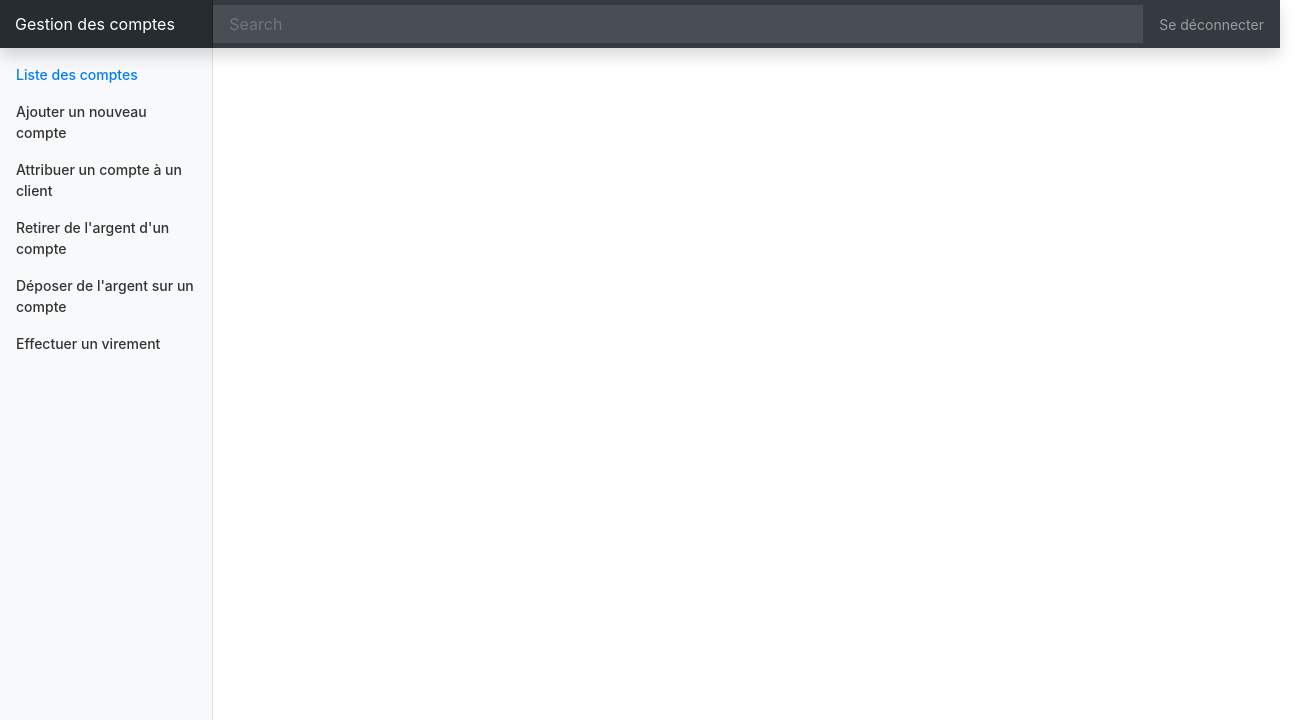
Repository: liiiseee/Projet
Page: http://localhost/02_projet_gestion_clients_compte/menu-comptes.jsp
These files come from the project's save history. The page is drawn as it stood at one moment and after the next save; the edit follows.
The browser window is 1280 px wide. The page is 1295 px wide, so the pictures cover 1295 px, including what lies to the right of the window. The pictures show the whole page.
The page is served by Tomcat 9. Other server files are loaded and not shown. The template is opened directly, without the code that normally fills it, so the values that code supplies are empty.

Above is the page before, as saved 2020-03-30 14:48:22.

### 02_projet_gestion_clients_compte/WebContent/menu-comptes.jsp
<%@ page language="java" contentType="text/html; charset=ISO-8859-1"
    pageEncoding="ISO-8859-1"%>

<%@ taglib uri="http://java.sun.com/jsp/jstl/core" prefix="c"%>
<!DOCTYPE html>
<html>
<head>
<meta charset="ISO-8859-1">
<title>liste comptes</title>
<link href="assets/styles/bootstrap.min.css" rel="stylesheet" >

 <style>
      .bd-placeholder-img {
        font-size: 1.125rem;
        text-anchor: middle;
        -webkit-user-select: none;
        -moz-user-select: none;
        -ms-user-select: none;
        user-select: none;
      }

      @media (min-width: 768px) {
        .bd-placeholder-img-lg {
          font-size: 3.5rem;
        }
      }
    </style>
    <!-- Custom styles for this template -->
    <link href="assets/styles/dashboard.css" rel="stylesheet">
</head>
<body>

    <nav class="navbar navbar-dark fixed-top bg-dark flex-md-nowrap p-0 shadow">
  <a class="navbar-brand col-sm-3 col-md-2 mr-0" href="#">Gestion des comptes</a>
  <input class="form-control form-control-dark w-100" type="text" placeholder="Search" aria-label="Search">
  <ul class="navbar-nav px-3">
    <li class="nav-item text-nowrap">
      <a class="nav-link" href="authentification-servlet?destroy=true">Se déconnecter</a>
    </li>
  </ul>
</nav>

<div class="container-fluid">
  <div class="row">
    <nav class="col-md-2 d-none d-md-block bg-light sidebar">
      <div class="sidebar-sticky">
        <ul class="nav flex-column">
          <li class="nav-item">
            <a class="nav-link active" href="#">
              <span data-feather="home"></span>
              Liste des comptes <span class="sr-only">(current)</span>
            </a>
          </li>
          <li class="nav-item">
            <a class="nav-link" href="ajout-compte.jsp">
              <span data-feather="file"></span>
              Ajouter un nouveau compte
            </a>
          </li>
          <li class="nav-item">
            <a class="nav-link" href="attribuer-compte.jsp">
              <span data-feather="file"></span>
              Attribuer un compte à un client
            </a>
          </li>
         <li class="nav-item">
          <input type="hidden" name="action" value="liste"/>
            <a class="nav-link" href="menu-retrait.jsp">
              <span data-feather="shopping-cart"></span>
              Retirer de l'argent d'un compte
            </a>
          </li>

          <li class="nav-item">
          <input type="hidden" name="action" value="dep"/>
            <a class="nav-link" href="menu-depot.jsp">
              <span data-feather="users"></span>
             Déposer de l'argent sur un compte
            </a>
          </li>
          <li class="nav-item">
            <a class="nav-link" href="#">
              <span data-feather="bar-chart-2"></span>
              Effectuer un virement
            </a>
          </li>
          </ul>



      </div>
    </nav>
    </div>
    </div>





   <h2>Liste des comptes</h2>
   <div class="row">
     <div class="table-responsive" style="width: 100px;">
       <table class="table table-striped table-sm">




          <thead style="width:70%;">
            <tr>
              	<th style="width:10%;">ID</th>
              	<th style="width:10%;">Id du client</th>
	 			<th style="width:10px;">Solde</th>
	 			<th style="width:10%;">type de compte</th>
	 			<th style="width:10px;">Taux</th>
	 			<th style="width:10%;">Découvert Autorisé</th>
	 			<th style="width:10px;">Modifier</th>
	 			<th style="width:10px;">Supprimer</th>
	 			<th style="width:10px;">Depot</th>
	 			<th style="width:10px;">Retrait</th>
	 			<th style="width:10px;">Virement</th>

            </tr>
          </thead>
          <tbody>
            <c:forEach items="${liste_comptes}" var="compte">
	 			<tr>

	 				<td>${compte.idCompte }</td>
	 				<td> ${compte.clientID } </td>
	 				<td> ${compte.solde } </td>
	 				<td> ${compte.typeCompte } </td>
	 				<td> ${compte.taux } </td>
	 				<td> ${compte.decouvert } </td>
	 				<td>
	 					<a href="gestion-compte-servlet?action=modif&id-compte=${compte.idCompte}">modifier</a>
	 				</td>


	 				<td>
	 					<a href="gestion-compte-servlet?action=supp&id-compte=${compte.idCompte}">supprimer</a>
	 				</td>

	 				<td>
	 					<a href="gestion-compte-servlet?action=depot&id-compte=${compte.idCompte}">depot</a>
	 				</td>

	 				<td>
	 					<a href="gestion-compte-servlet?action=retrait&id-compte=${compte.idCompte}">retrait</a>
	 				</td>
	 				<td>
	 					<a href="gestion-compte-servlet?action=virement&id-compte=${compte.idCompte}">virement</a>
	 				</td>




	 				</tr>

            </c:forEach>


          </tbody>

        </table>

            </div>
        </div>



</body>
</html>

### 02_projet_gestion_clients_compte/WebContent/assets/styles/dashboard.css
@charset "ISO-8859-1";

body {
  font-size: .875rem;
}

.feather {
  width: 16px;
  height: 16px;
  vertical-align: text-bottom;
}

/*
 * Sidebar
 */

.sidebar {
  position: fixed;
  top: 0;
  bottom: 0;
  left: 0;
  z-index: 100; /* Behind the navbar */
  padding: 48px 0 0; /* Height of navbar */
  box-shadow: inset -1px 0 0 rgba(0, 0, 0, .1);
}

.sidebar-sticky {
  position: relative;
  top: 0;
  height: calc(100vh - 48px);
  padding-top: .5rem;
  overflow-x: hidden;
  overflow-y: auto; /* Scrollable contents if viewport is shorter than content. */
}

@supports ((position: -webkit-sticky) or (position: sticky)) {
  .sidebar-sticky {
    position: -webkit-sticky;
    position: sticky;
  }
}

.sidebar .nav-link {
  font-weight: 500;
  color: #333;
}

.sidebar .nav-link .feather {
  margin-right: 4px;
  color: #999;
}

.sidebar .nav-link.active {
  color: #007bff;
}

.sidebar .nav-link:hover .feather,
.sidebar .nav-link.active .feather {
  color: inherit;
}

.sidebar-heading {
  font-size: .75rem;
  text-transform: uppercase;
}

/*
 * Content
 */

[role="main"] {
  padding-top: 133px; /* Space for fixed navbar */
}

@media (min-width: 768px) {
  [role="main"] {
    padding-top: 48px; /* Space for fixed navbar */
  }
}

/*
 * Navbar
 */

.navbar-brand {
  padding-top: .75rem;
  padding-bottom: .75rem;
  font-size: 1rem;
  background-color: rgba(0, 0, 0, .25);
  box-shadow: inset -1px 0 0 rgba(0, 0, 0, .25);
}

.navbar .form-control {
  padding: .75rem 1rem;
  border-width: 0;
  border-radius: 0;
}

.form-control-dark {
  color: #fff;
  background-color: rgba(255, 255, 255, .1);
  border-color: rgba(255, 255, 255, .1);
}

.form-control-dark:focus {
  border-color: transparent;
  box-shadow: 0 0 0 3px rgba(255, 255, 255, .25);
}

Loaded but not shown: 02_projet_gestion_clients_compte/WebContent/assets/styles/bootstrap.min.css (library)

After the next save:
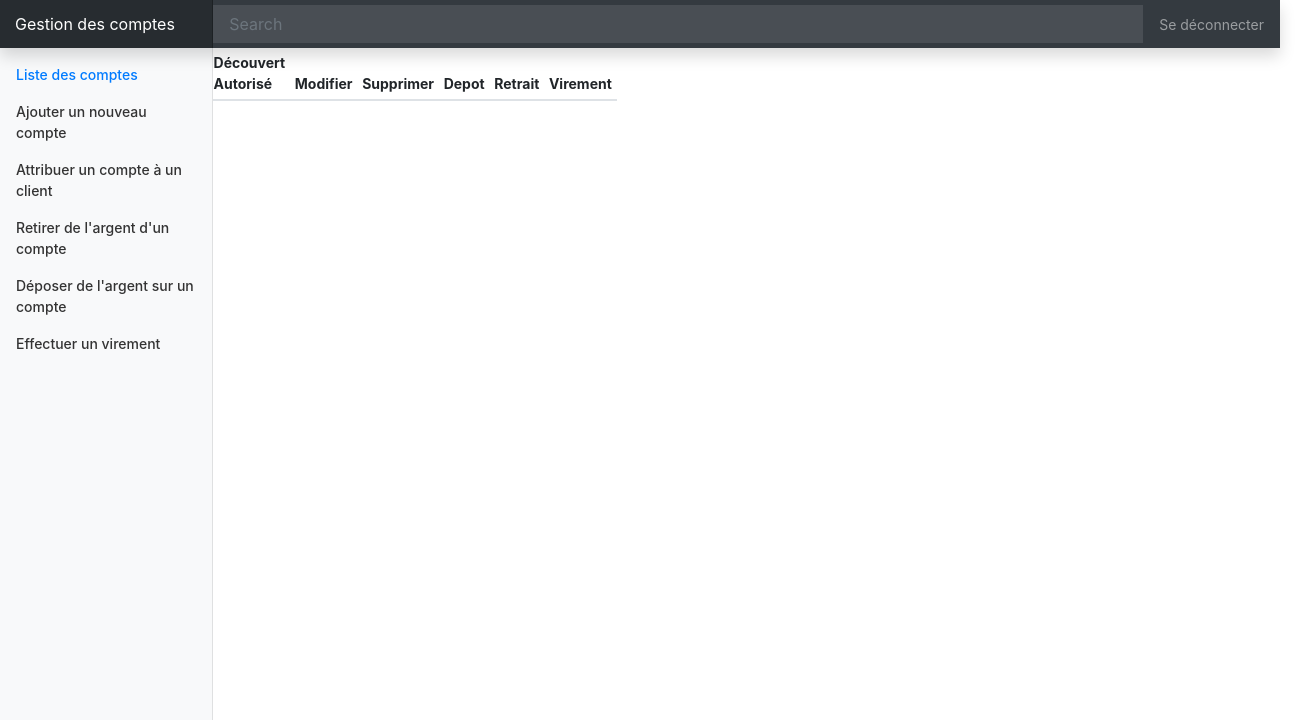
Saved 81 s later.
--- a/02_projet_gestion_clients_compte/WebContent/menu-comptes.jsp
+++ b/02_projet_gestion_clients_compte/WebContent/menu-comptes.jsp
@@ -99,8 +99,8 @@
 
    <h2>Liste des comptes</h2>
    <div class="row">
-     <div class="table-responsive" style="width: 100px;">
-       <table class="table table-striped table-sm">
+     <div class="table-responsive" >
+       <table class="table table-striped table-sm" style="width: 100px;">
 
 
 
